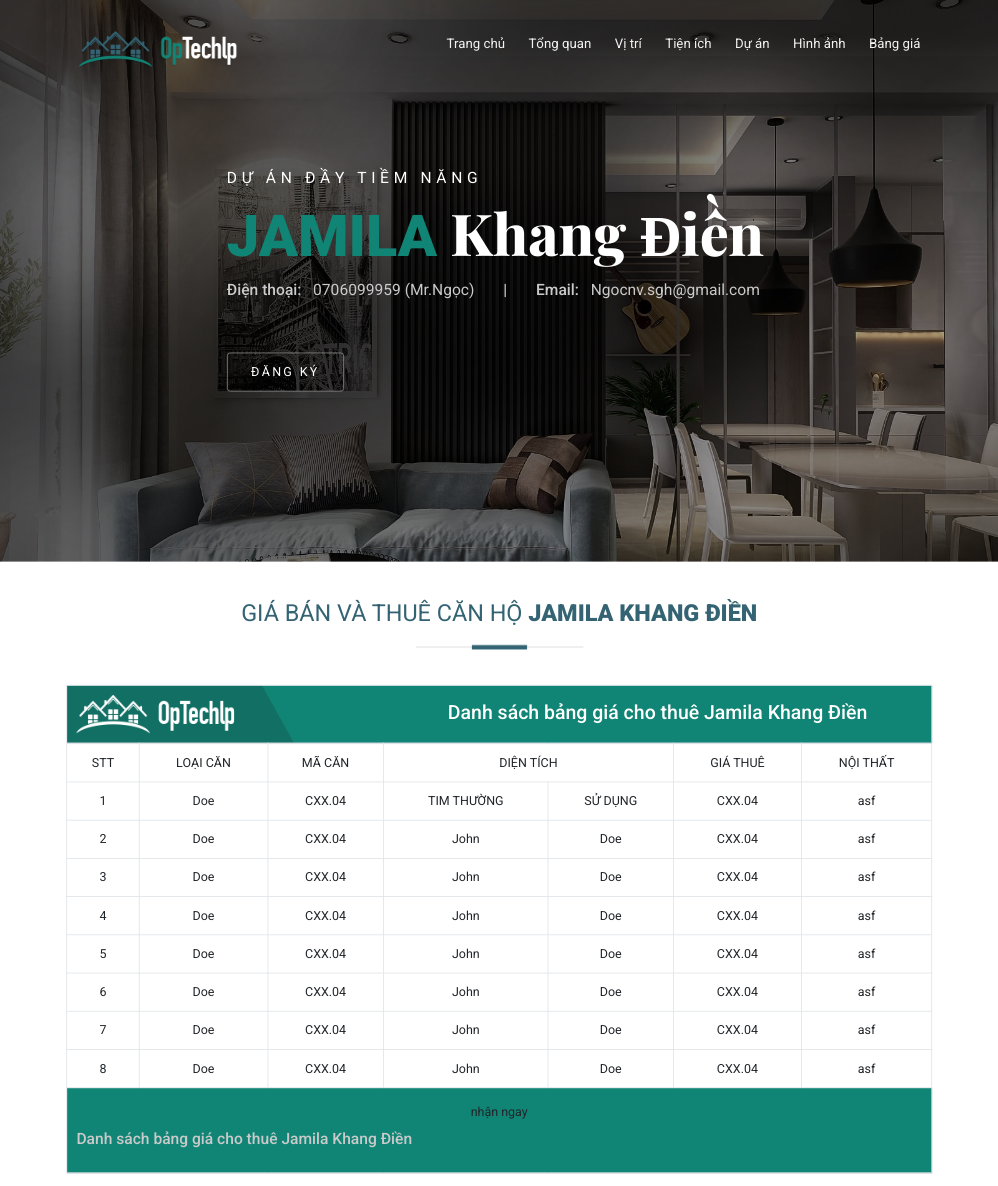
Repository: phunobi1807/Myweb
Page: index.html
The author's editor kept a copy of each file at every save. The page is drawn from the files as they stood at one save, then again after the next save.
The browser window is 1280 px wide. The pictures show the whole page, at 78% of full size.
Some web fonts or font styles are not loaded; a fallback is used.

Above is the page before, as saved 2021-05-14 14:23:31.

After the next save:
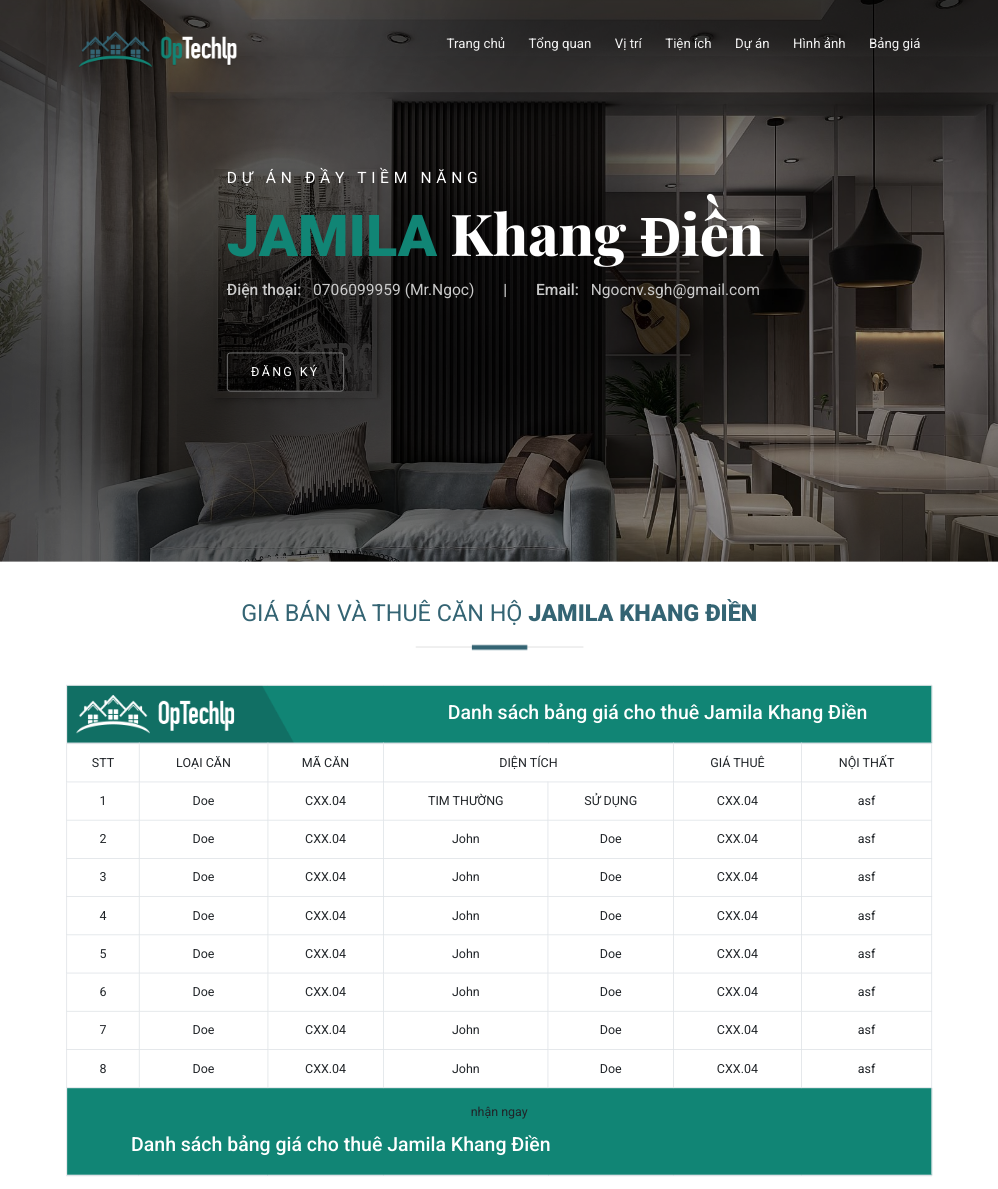
Saved 57 s later.
--- a/css/style.css
+++ b/css/style.css
@@ -213,4 +213,13 @@
         display: flex;
         justify-content: space-between;
     }
+
+    .price-apartment table thead .bot-table p {
+        line-height: 21px;
+        margin-top: 12px;
+        padding: 0px 70px;
+        font-style: bold;
+        color: #fff;
+        font-size: 25px;
+    }
     /* end giá bán căn hộ trong bảng  */
